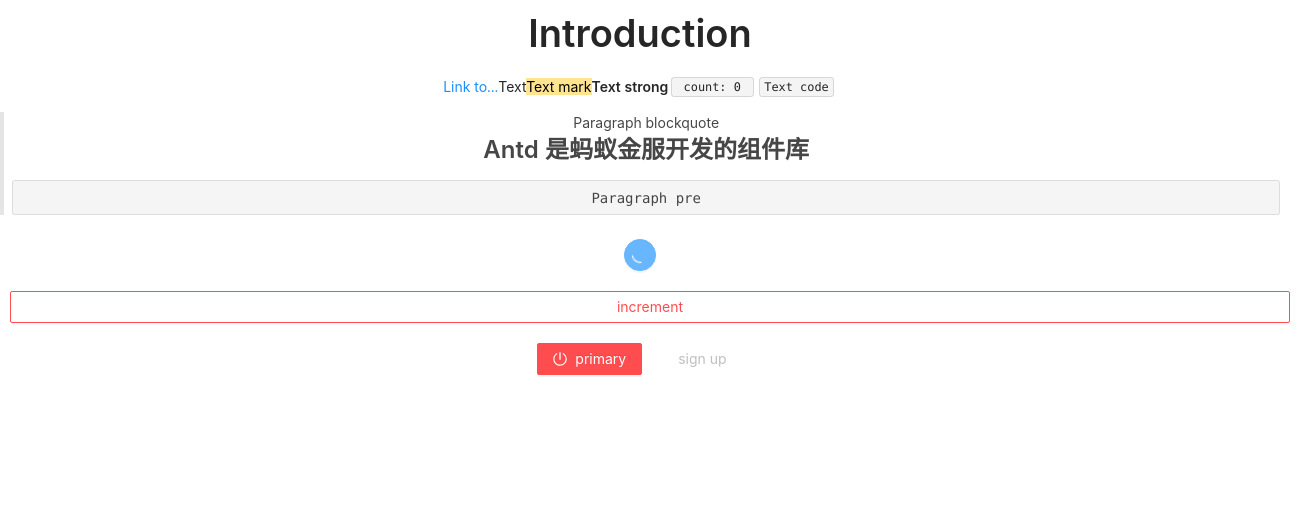
Repository: ErosHai/antd-demo
Page: /
An editor plug-in stored every save of this project. The page is shown before and after a run of saves, followed by the edit.
The browser window is 1280 px wide. The page is 1300 px wide, so the pictures cover 1300 px, including what lies to the right of the window. The pictures show the whole page.
The project was rebuilt for these pictures with package versions that can differ from the ones it lists, and the page was loaded fresh each time.

Above is the page before, as saved 2022-04-12 15:36:56.

### src/index.js
import React from 'react'
import { createRoot } from 'react-dom/client'
import './index.css'
import App from './App'
import reportWebVitals from './reportWebVitals'

const root = createRoot(document.getElementById('root'))
root.render(<App />)

// If you want to start measuring performance in your app, pass a function
// to log results (for example: reportWebVitals(console.log))
// or send to an analytics endpoint. Learn more: https://bit.ly/CRA-vitals
reportWebVitals()

### src/App.js
import './App.css'
import { Button, Tooltip, Typography, Space } from 'antd'
import { BlockOutlined, SearchOutlined } from '@ant-design/icons'
import { useState } from 'react'
import { PoweroffOutlined } from '@ant-design/icons'

function App() {
	const [count, setCount] = useState(0)

	const { Title, Paragraph, Link, Text } = Typography

	const blockContent = `  Antd 是蚂蚁金服开发的组件库`

	return (
		<div className="App">
			<Space direction="vertical"></Space>
			<Title>Introduction</Title>
			<Link href="https://www.baidu.com">Link to...</Link>
			<Text>Text</Text>
			<Text mark>Text mark</Text>
			<Text strong>Text strong</Text>
			<Text code> {`count: ${count}`} </Text>
			<Text code>Text code</Text>
			<Paragraph>
				<blockquote>
					Paragraph blockquote
					<Title level={3}> {blockContent} </Title>
					<pre>Paragraph pre</pre>
				</blockquote>
			</Paragraph>

			<Tooltip title="search">
				<Button
					type="primary"
					shape="circle"
					loading="true"
					icon={<SearchOutlined />}
				></Button>
			</Tooltip>
			<Button
				type="default"
				onClick={() => {
					setCount(count + 1)
				}}
				block
				ghost
				danger
			>
				increment
			</Button>
			<Button type="primary" danger icon={<PoweroffOutlined />}>
				primary
			</Button>
			<Button type="text" disabled>
				sign up
			</Button>
		</div>
	)
}

export default App

### src/App.css
@import '~antd/dist/antd.css';

.App {
  text-align: center;
  /* background-color: #282c34; */
  padding:10px 0px;

}

.App button {
  margin:  10px;
}
.App-logo {
  height: 40vmin;
  pointer-events: none;
}

@media (prefers-reduced-motion: no-preference) {
  .App-logo {
    animation: App-logo-spin infinite 20s linear;
  }
}

.App-header {
  background-color: #282c34;
  min-height: 100vh;
  display: flex;
  flex-direction: column;
  align-items: center;
  justify-content: center;
  font-size: calc(10px + 2vmin);
  color: white;
}

.App-link {
  color: #61dafb;
}

@keyframes App-logo-spin {
  from {
    transform: rotate(0deg);
  }
  to {
    transform: rotate(360deg);
  }
}

Loaded but not shown: public/index.html (common file); src/index.css (common file); src/reportWebVitals.js (common file)

After the next 2 saves:
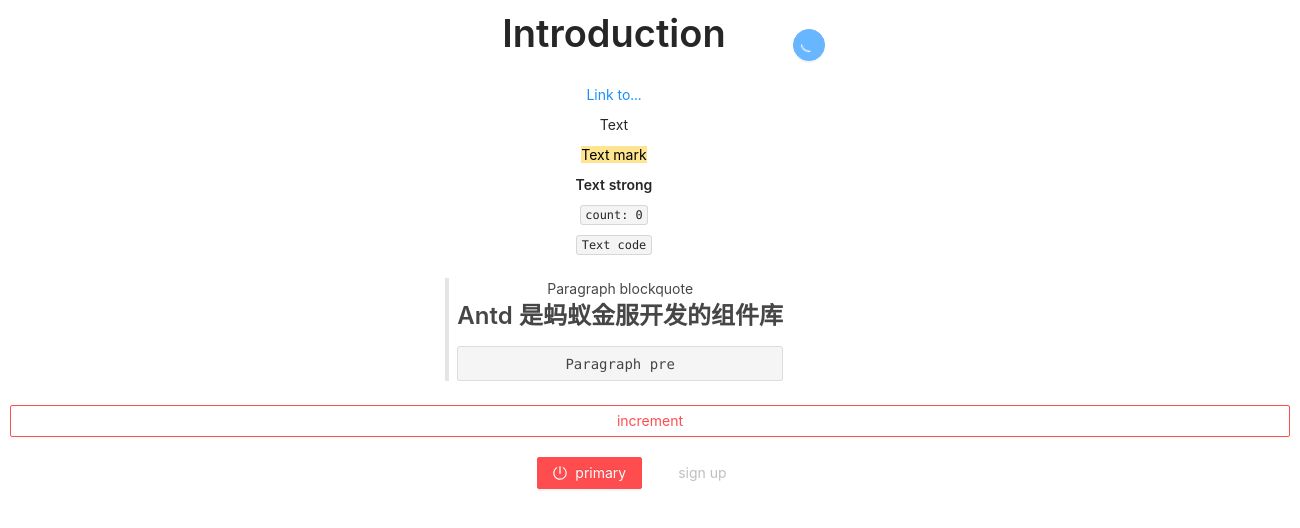
The 2 saves are shown as one change because they came seconds apart.
The last was saved 14 s later.
--- a/src/App.js
+++ b/src/App.js
@@ -13,21 +13,22 @@ function App() {
 
 	return (
 		<div className="App">
-			<Space direction="vertical"></Space>
-			<Title>Introduction</Title>
-			<Link href="https://www.baidu.com">Link to...</Link>
-			<Text>Text</Text>
-			<Text mark>Text mark</Text>
-			<Text strong>Text strong</Text>
-			<Text code> {`count: ${count}`} </Text>
-			<Text code>Text code</Text>
-			<Paragraph>
-				<blockquote>
-					Paragraph blockquote
-					<Title level={3}> {blockContent} </Title>
-					<pre>Paragraph pre</pre>
-				</blockquote>
-			</Paragraph>
+			<Space direction="vertical">
+				<Title>Introduction</Title>
+				<Link href="https://www.baidu.com">Link to...</Link>
+				<Text>Text</Text>
+				<Text mark>Text mark</Text>
+				<Text strong>Text strong</Text>
+				<Text code> {`count: ${count}`} </Text>
+				<Text code>Text code</Text>
+				<Paragraph>
+					<blockquote>
+						Paragraph blockquote
+						<Title level={3}> {blockContent} </Title>
+						<pre>Paragraph pre</pre>
+					</blockquote>
+				</Paragraph>
+			</Space>
 
 			<Tooltip title="search">
 				<Button
